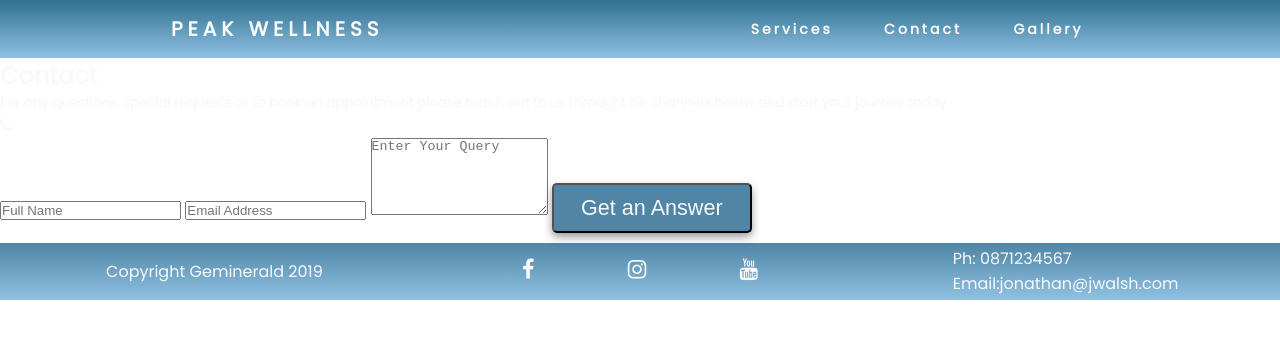
Repository: geminerald/peakwellness
Page: contact.html
The author's editor kept a record of every edit. The page is drawn from the files as they stood at one moment, then again after the next edit.
The browser window is 1280 px wide. The pictures show the whole page.

Above is the page before.

### contact.html
<!DOCTYPE html>
<html lang="en">

<head>
    <meta charset="UTF-8">
    <meta name="viewport" content="width=device-width, initial-scale=1.0, maximum-scale=1.0, user-scalable=0">
    <meta http-equiv="X-UA-Compatible" content="ie=edge">
    <link rel="stylesheet" href="assets/style.css" type="text/css" />
    <link href="https://fonts.googleapis.com/css?family=Poppins&display=swap" rel="stylesheet">
    <title>Peak Wellness</title>
    <link rel="icon" href="./images/peak-icon.png">
    <link rel="stylesheet" href="https://stackpath.bootstrapcdn.com/font-awesome/4.7.0/css/font-awesome.min.css" type="text/css" />

</head>

<body>
    <nav>
        <div class="logo">
            <h4><a href="index.html">Peak Wellness</h4></a>
        </div>
        <ul class="nav-links">
            <li>
                <a href="services.html">Services</a>
            </li>
            <li>
                <a href="contact.html">Contact</a>
            </li>
            <li>
                <a href="gallery.html">Gallery</a>
            </li>

        </ul>
        <div class="burger">
            <div class="line1"></div>
            <div class="line2"></div>
            <div class="line3"><i class="fa fa-facebook"></i></div>
        </div>
    </nav>
    <section>
        <div class="contact-container">

            <h1>Contact</h1>
            <div class="contacts">
                <h5>For any questions, special requests or to book an appointment please reach out to us throught he channels below and start your journey today</h5>
                <div class="contact"><i class="fa fa-phone"></i></div>
                <div class="contact"></div>
                <div class="contact"></div>
            </div>
            <div class="center-form">
                <form>
                    <input type="text" name="Name" Class="form-control" id="fullname" placeholder="Full Name" required />
                    <input type="email" name="emailaddress" Class="form-control" id="emailaddress" placeholder="Email Address" />
                    <textarea rows="5" name="projectsummary" class="form-control" id="projectsummary" placeholder="Enter Your Query" /></textarea>
                    <button type="submit" class="btn btn-secondary center-block">Get an Answer</button>

                </form>
            </div>
        </div>

    </section>
    <footer>
        <div class="f-item">
            <a class="show-mobile" target="_blank" href="https://github.com/geminerald"><i class="fa fa-copyright"></i> </a>
            <p class="hidden-mobile">Copyright <a target="_blank" href="https://github.com/geminerald"> Geminerald </a> 2019</p>
        </div>
        <div class="f-item">
            <ul class="social-links">
                <li><a target="_blank" href="https://www.facebook.com/PeakWellnessstudio/"><i class="fa fa-facebook"></i></a></li>
                <li><a target="_blank" href="https://www.instagram.com/thepeakwellnessstudio/"><i class="fa fa-instagram"></i></a></li>
                <li><a target="_blank" href="https://www.youtube.com/channel/UC_d9R5XdeesvneUyRDroG0w?"><i class="fa fa-youtube"></i></a></li>
            </ul>
        </div>
        <div class="f-item">
            <a class="show-mobile" href="contact.html"><i class="fa fa-phone"></i></a>
            <p class="hidden-mobile">Ph: 0871234567<br>Email:jonathan@jwalsh.com</p>
        </div>
    </footer>
    <script src="./assets/nav.js"></script>
</body>

</html>

### assets/style.css
* {
    margin: 0;
    padding: 0;
    box-sizing: border-box;
}

body {
    font-family: 'Poppins', sans-serif;
    color: #f7f9fb;
}

a {
    text-decoration: none;
    color: #f7f9fb;
}

/*----------------------------------------------------------------Colours

Grey/Green: #687864
Dark Blue: #31708e
Medium Blue: #5085a5
Light Blue: #8fc1e3
White: #f7f9fb

Colours from: https://visme.co/blog/website-color-schemes/

*/

/*----------------------------------------------------------------Nav*/

/*Nav Elements: Dev Ed:

https://www.youtube.com/watch?v=gXkqy0b4M5g

*/

nav {
    display: flex;
    justify-content: space-around;
    align-items: center;
    min-height: 8vh;
    background: linear-gradient(180deg, #31708E 0%, #8FC1E3 100%);

}

.logo {
    color: #fafafa;
    text-transform: uppercase;
    letter-spacing: 5px;
    font-size: 20px;

}

.nav-links {
    display: flex;
    width: 30%;
    justify-content: space-around;

}

.nav-links li {
    list-style: none;
}

.nav-links a {
    color: #fafafa;
    text-decoration: none;
    letter-spacing: 3px;
    font-weight: bold;
    font-size: 14px;

}

.burger {
    display: none;
    cursor: pointer;
}

.burger div {
    width: 25px;
    height: 3px;
    background-color: #fafafa;
    margin: 5px;
    transition: all 0.3s ease;

}

@media screen and (max-width:1068px) {
    .nav-links {
        width: 50%;
    }
}

@media screen and (max-width:768px) {
    body {
        overflow-x: hidden;
    }

    .nav-links {
        position: absolute;
        ;
        right: 0px;
        height: 92vh;
        top: 8vh;
        background: linear-gradient(270deg, #31708E 0%, #8FC1E3 100%);
        display: flex;
        flex-direction: column;
        align-items: center;
        width: 70%;
        transform: translateX(100%);
        transition: transform 0.5s ease-in;
        z-index: 1;
    }
    .nav-links li {
        opacity: 0;
    }
    .burger {
        display: block;
    }
}

.nav-active {
    transform: translateX(0%);
}

@keyframes navLinkFade {
    from {
        opacity: 0;
        transform: translateX(50px);
    }
    to {
        opacity: 1;
        transform: translateX(0px);
    }
}

.toggle .line1 {
    transform: rotate(-45deg) translate(-5px, 6px);
}

.toggle .line2 {
    opacity: 0;
}

.toggle .line3 {
    transform: rotate(45deg) translate(-5px, -6px);
}

/*----------------------------------------------------------------Nav*/

/*----------------------------------------------------------------Home*/

.home-container {
    background-image: url("../images/home-bg.jpg");
    background-repeat: no-repeat;
    background-position: center;
    background-size: cover;
    z-index: 0;
    margin: auto;
    height: 90vh;
    width: 100%;
    display: flex;
    justify-content: space-around;
    align-items: center;
    flex-flow: column;
}

.appear1 {
    animation: appear 1s ease-in;
}

.appear2 {
    opacity: 0;
    animation: appear 4s ease-in;
    animation-delay: 2s;
    animation-fill-mode: forwards;
}

/*----------------------------------------------------------------Home*/

/*----------------------------------------------------------------Services*/

.about {
    display: flex;
    flex-flow: column wrap;
    align-items: center;
    color: #31708e;
    margin: 10px 0px 30px 0px;
}

.about h1,
.services h1 {
    margin: 20px;
    font-size: 5vh;
    width: 100%;
    text-align: center;
}

.about p {
    margin: 20px 30px 0px 30px;
    text-align: center;
}

.services {
    display: flex;
    flex-flow: row wrap;
    align-items: center;
    color: #31708e;
    background-color: #f7f9fb;
    justify-content:center;
}

.service-container {
    margin-bottom: 15px;
}

.service {
    display: flex;
    align-items: center;
    justify-content: center;
    flex-flow: column wrap;
    margin:0px 15px 20px 15px;
    min-height:450px;
    min-width:350px;

}

.service p {
    max-width: 350px;
    text-align:center;
}

.image-cropper {
    border: 5px solid #8fc1e3;
    width: 250px;
    height: 250px;
    position: relative;
    overflow: hidden;
    border-radius: 50%;
    box-shadow: 0 2px 4px 0 rgba(0, 0, 0, 0.2);
    transition: 0.3s ease-in;

}

.image-cropper:hover {
    box-shadow: 0 3px 6px 0 rgba(0, 0, 0, 0.4);
}

.image-cropper img {
    display: inline;
    margin: 0 auto;
    height: 100%;
    width: auto;
}

button {
    color: #f7f9fb;
    background-color: #5085a5;
    margin: 10px 0px 10px 0px;
    min-height: 50px;
    min-width: 200px;
    border-radius: 5px;
    box-shadow: 0 4px 8px 0 rgba(0, 0, 0, 0.4);
    transition: 0.3s ease-in;
    font-size: 3vh;
    cursor: pointer;
    padding:10px;
}

button:hover {
    box-shadow: 0 6px 14px 0 rgba(0, 0, 0, 0.6);
}

/*----------------------------------------------------------------Services*/

/*----------------------------------------------------------------Footer*/

footer {
    height: 8vh;
    width: 100%;
    background: linear-gradient(180deg, #5085A5 0%, #8FC1E3 100%);
    display: flex;
    flex-direction: row;
    justify-content: space-evenly;
}

.f-item {
    display: flex;
    align-items: center;
    justify-content: space-evenly;
    flex-direction: row;
    width: 33%;
}

.social-links {
    display: flex;
    justify-content: space-evenly;
    list-style: none;
    width: 100%;
}

.social-links li a i,
.f-item a i {
    font-size: 3vh;
}


.hidden-mobile {
    display: block;
}

.show-mobile {
    display: none;
}

@media screen and (max-width:768px) {
    .hidden-mobile {
        display: none;
    }
    .show-mobile {
        display: block;
    }
}

/*----------------------------------------------------------------Footer*/

/*----------------------------------------------------------------KeyFrames*/

@keyframes appear {
    from {
        opacity: 0
    }
    to {
        opacity: 1
    }

}

/*----------------------------------------------------------------KeyFrames*/

### assets/nav.js
const navSlide = () => {
    const burger = document.querySelector('.burger');
    const nav = document.querySelector('.nav-links');
    const navLinks = document.querySelectorAll('.nav-links li');

    burger.addEventListener('click', () => {
        nav.classList.toggle('nav-active');
        navLinks.forEach((link, index) => {
            if (link.style.animation) {
                link.style.animation = '';
            } else {
                link.style.animation = `navLinkFade 0.5s ease forwards ${index/7 + 1}s`;
            }
        });
        burger.classList.toggle('toggle');
    });
}

navSlide();

After the next edit:
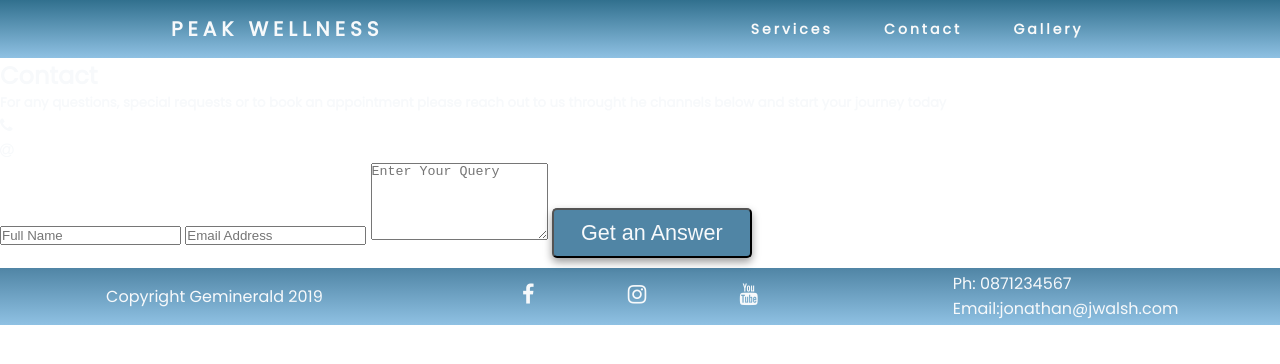
The edit:
--- a/contact.html
+++ b/contact.html
@@ -43,7 +43,7 @@
             <div class="contacts">
                 <h5>For any questions, special requests or to book an appointment please reach out to us throught he channels below and start your journey today</h5>
                 <div class="contact"><i class="fa fa-phone"></i></div>
-                <div class="contact"></div>
+                <div class="contact"><i class="fa fa-at"></i></div>
                 <div class="contact"></div>
             </div>
             <div class="center-form">
